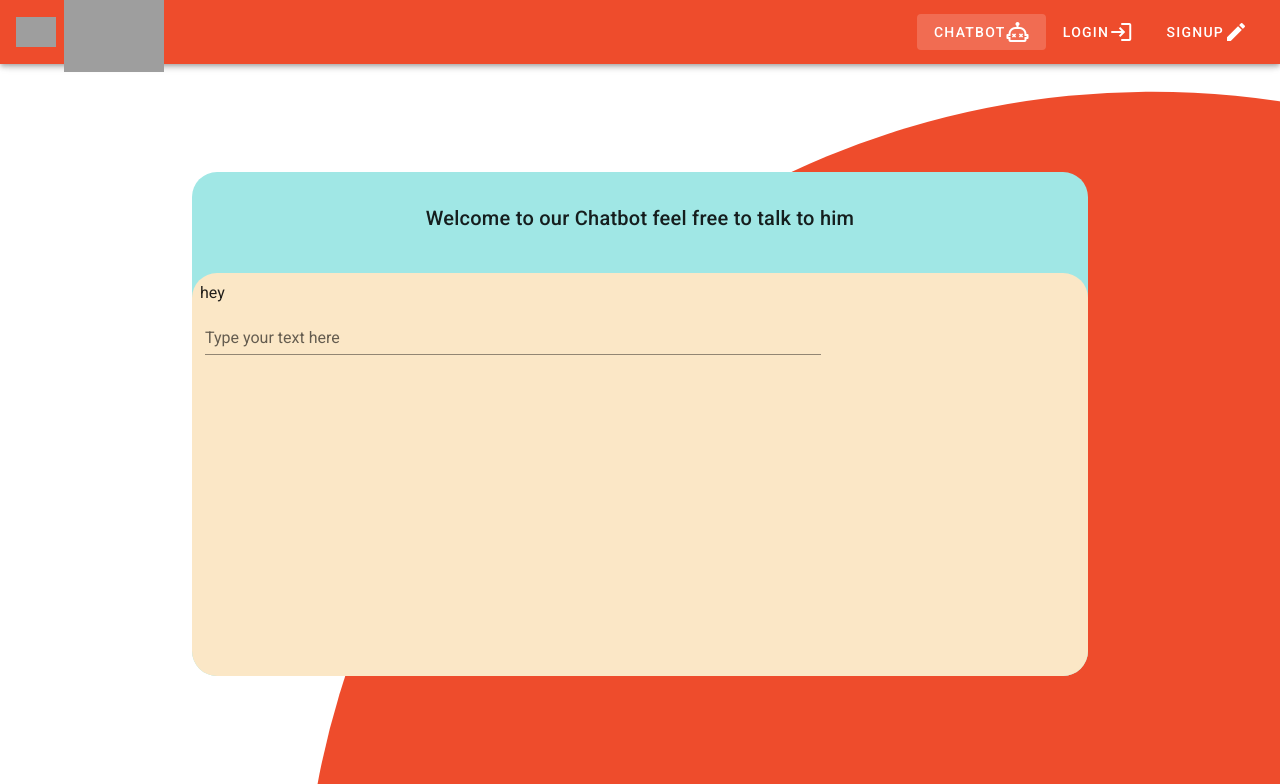
Repository: atout811/pyTorch-Hackathon
Page: /chatbot (app in frontend/)
These files come from the project's save history. The page is drawn as it stood at one moment and after the next save; the edit follows.
The browser window is 1280 px wide. The pictures show the whole page.
Pictures or frames that could not be fetched are drawn as grey boxes. The project was rebuilt for these pictures with package versions that can differ from the ones it lists, and the page was loaded fresh each time. Also part of the build but not shown: frontend/vue.config.js, frontend/src/views/Home.vue.

Above is the page before, as saved 2021-10-21 15:06:07.

After the next save:
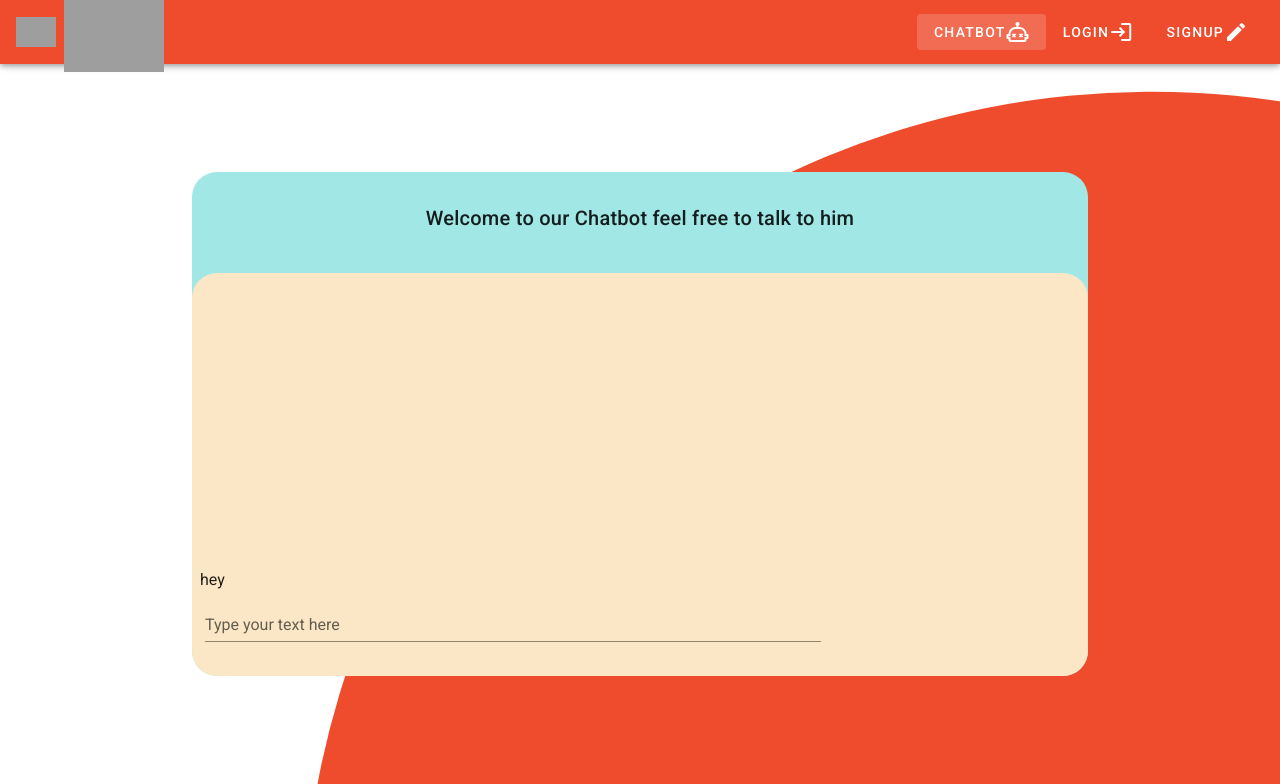
Saved 23 s later.
--- a/frontend/src/views/Chatbot.vue
+++ b/frontend/src/views/Chatbot.vue
@@ -4,10 +4,12 @@
       <h1 class="title">Welcome to our Chatbot feel free to talk to him</h1>
       <div class="chat-container">
         <div class="messages">hey</div>
-        <v-text-field
-          class="text-input"
-          label="Type your text here"
-        ></v-text-field>
+        <div class="input-group">
+          <v-text-field
+            class="text-input"
+            label="Type your text here"
+          ></v-text-field>
+        </div>
       </div>
     </div>
   </div>
